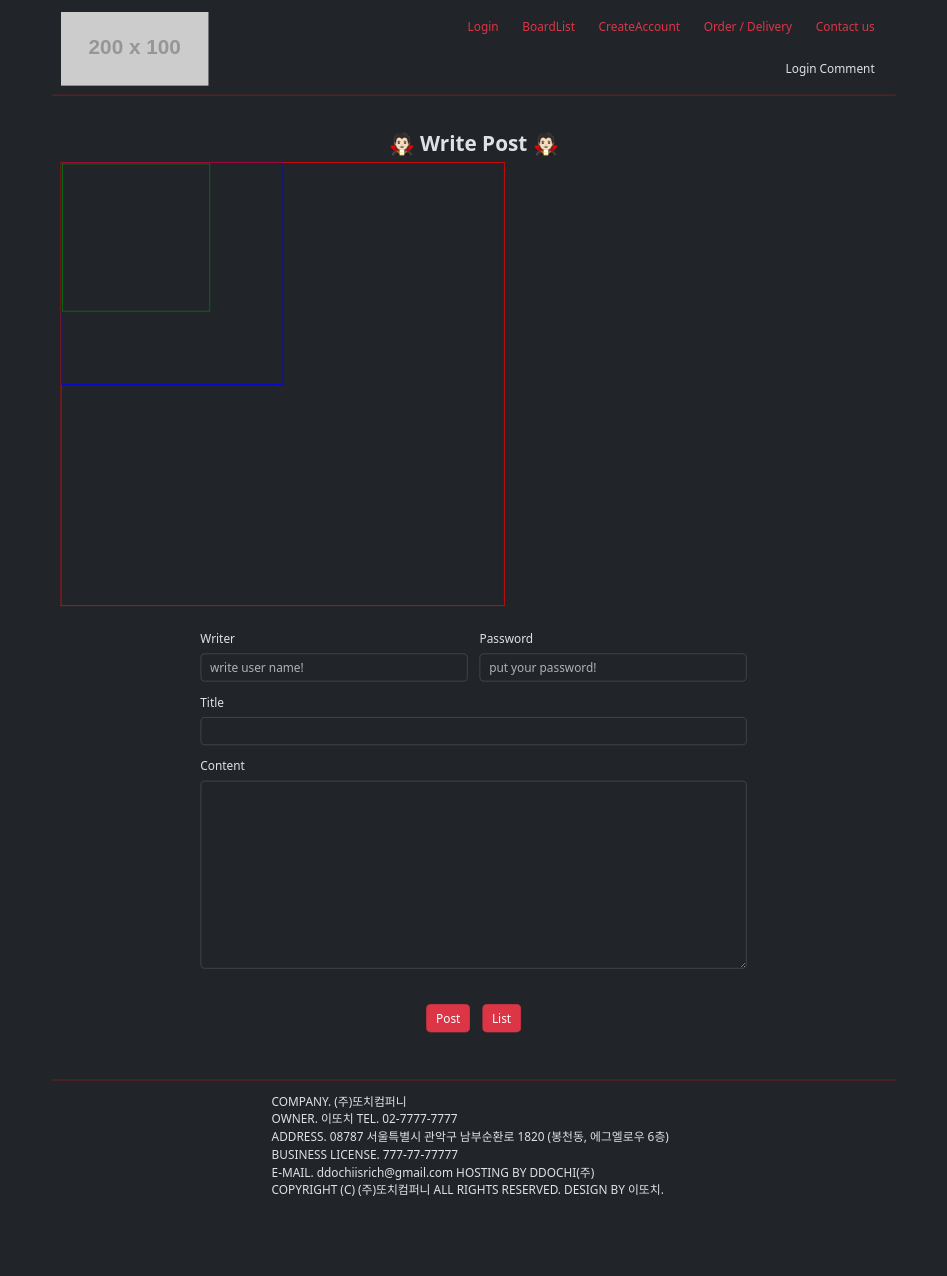
Repository: ddochiisrich/Ddochi-Web
Page: http://localhost/JSPClassCh06/writeForm
An editor plug-in stored every save of this project. The page is shown before and after the next save, followed by the edit.
The browser window is 1280 px wide. The pictures show the whole page, at 74% of full size.
The page is served by Tomcat 9.

Above is the page before, as saved 2024-04-11 05:47:32.

After the next save:
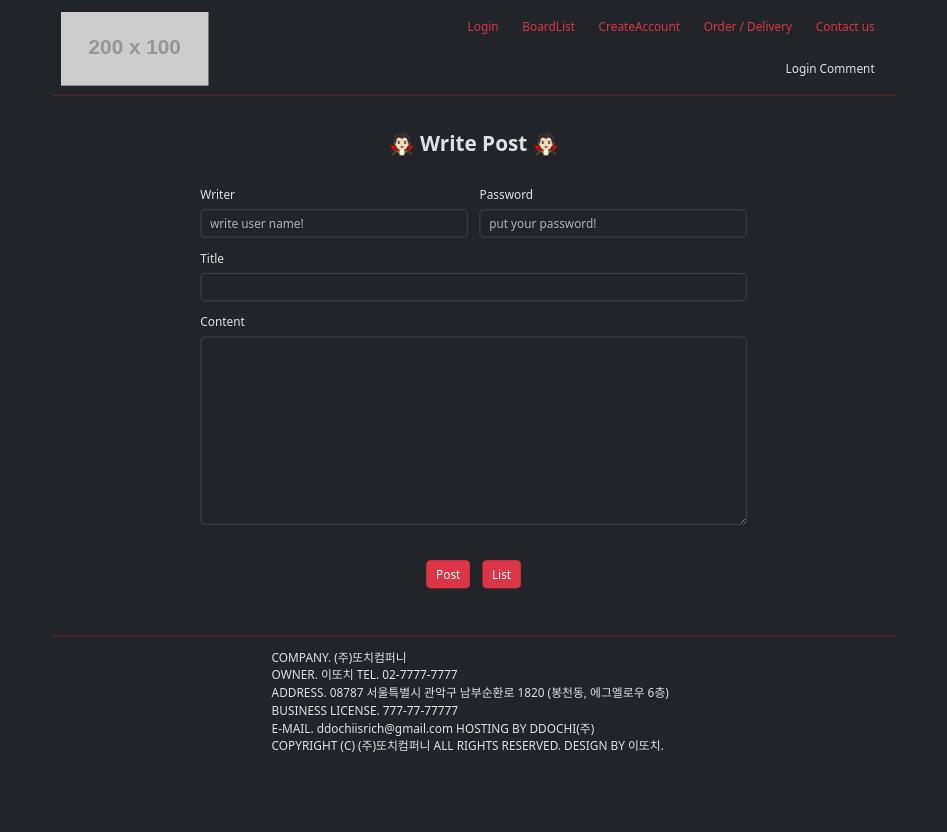
Saved 18 s later.
--- a/JSPClassCh06/src/main/webapp/WEB-INF/board/writeForm.jsp
+++ b/JSPClassCh06/src/main/webapp/WEB-INF/board/writeForm.jsp
@@ -28,14 +28,6 @@
 						<H1 class="text-center fw-bold fs-3">🧛🏻 Write Post 🧛🏻</H1>
 					</div>
 				</div>
-
-				<div class="parent" style="width: 600px; height:600px; border: 1px solid red;">
-					<div class="sub1" style="width: 300px; height:300px; border: 1px solid blue;">
-						<div class="sub2" style="width: 200px; height:200px; border: 1px solid green;">
-						</div>
-					</div>
-				</div>
-
 
 				<form name="writeForm" id="writeForm" action="writeProcess"
 					method="post" class="row border-danger g-3 my-3">
